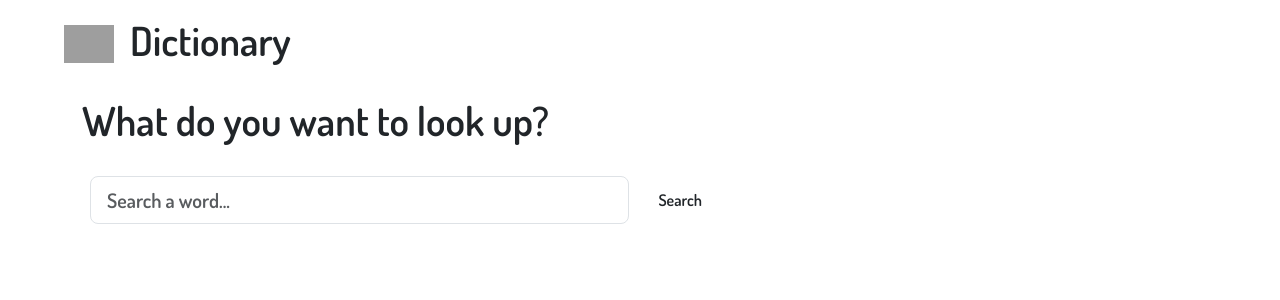
Repository: moehaymanmyint/react-dictionary-app
Page: /
The author's editor kept a copy of each file at every save. The page is drawn from the files as they stood at one save, then again after the next save.
The browser window is 1280 px wide. The pictures show the whole page.
Pictures or frames that could not be fetched are drawn as grey boxes. The project was rebuilt for these pictures with package versions that can differ from the ones it lists, and the page was loaded fresh each time. Also part of the build but not shown: src/Synonyms.js, src/Meaning.js, src/Phonetics.js, src/Results.js.

Above is the page before, as saved 2024-09-06 11:54:16.

### public/index.html
<!DOCTYPE html>
<html lang="en">
  <head>
    <meta charset="utf-8" />
    <link rel="icon" href="%PUBLIC_URL%/favicon.ico" />
    <meta name="viewport" content="width=device-width, initial-scale=1" />
    <meta name="theme-color" content="#000000" />
    <meta
      name="description"
      content="Web site created using create-react-app"
    />
    <link rel="apple-touch-icon" href="%PUBLIC_URL%/logo192.png" />
    <!--
      manifest.json provides metadata used when your web app is installed on a
      user's mobile device or desktop. See https://developers.google.com/web/fundamentals/web-app-manifest/
    -->
    <link rel="manifest" href="%PUBLIC_URL%/manifest.json" />
    <!--
      Notice the use of %PUBLIC_URL% in the tags above.
      It will be replaced with the URL of the `public` folder during the build.
      Only files inside the `public` folder can be referenced from the HTML.

      Unlike "/favicon.ico" or "favicon.ico", "%PUBLIC_URL%/favicon.ico" will
      work correctly both with client-side routing and a non-root public URL.
      Learn how to configure a non-root public URL by running `npm run build`.
    -->
    <title>React App</title>
  </head>
  <body>
    <noscript>You need to enable JavaScript to run this app.</noscript>
    <div id="root"></div>
    <!--
      This HTML file is a template.
      If you open it directly in the browser, you will see an empty page.

      You can add webfonts, meta tags, or analytics to this file.
      The build step will place the bundled scripts into the <body> tag.

      To begin the development, run `npm start` or `yarn start`.
      To create a production bundle, use `npm run build` or `yarn build`.
    -->
  </body>
</html>

### src/App.js
import './App.css';
import 'bootstrap/dist/css/bootstrap.css';

import Search from "./Search"

function App() {
  return (
    <div className="App">
      {/* Logo */}
      <div className='logo m-3 mx-5 d-flex align-items-center'>
        <img src="https://th.bing.com/th/id/R.1ebe3e38406a8906121c9769e62adc3e?rik=d1hISy0qiMJ7Hg&pid=ImgRaw&r=0" alt="Logo" className='mx-3'/>
        <h2>Dictionary</h2>
      </div>

      <div className='container'>
        <Search />
      </div>
    </div>
  );
}

export default App;

### src/App.css
@import url('https://fonts.googleapis.com/css2?family=Dosis:wght@600&display=swap');

.App img{
    width: 50px;
}

.App{
    font-family: "Dosis", sans-serif;
}

### src/Search.js
import React, {useState} from "react";
import 'bootstrap/dist/css/bootstrap.css';
import axios from "axios";
import Results from "./Results"
import "./Dictionary.css";

export default function Search(){
    let [word, setWord] = useState('');
    let [results, setResult] = useState(null);

    function handleResponse(response){
        console.log(response.data[0]);
        setResult(response.data[0])
    }

    function handleSubmit(event){
        event.preventDefault();

        //API
        let apiUrl = `https://api.dictionaryapi.dev/api/v2/entries/en_US/${word}`;
        axios.get(apiUrl).then(handleResponse);
    }

    function updateWord(event){
        setWord(event.target.value);
    }

    return (
        <div className="Search">
            <h1 className="my-4">What do you want to look up?</h1>
            <div className="row d-flex">
                <div className="col-7">
                    <form onSubmit={handleSubmit} className="d-flex">
                        <input type="search" className="form-control form-control-lg m-2" value={word} onChange={updateWord} placeholder="Search a word..."/>
                        <input type="submit" value="Search" className="btn btn m-2"/>
                    </form>
                    <section className="meaning">
                        <Results results={results}/>
                    </section>
                </div>
                <div className="col-5">

                </div>
            </div>
        </div>
    );
}

### src/Dictionary.css

.Results .box,
.Meaning{
    background-color: white;
    box-shadow: rgba(100, 100, 111, 0.2) 0px 7px 29px 0px;
    border-radius: 10px;
}

h2{
    font-size: 40px;
    text-transform: capitalize;
}

p{
    font-size: 18px;
}

Loaded but not shown: src/index.js (common file); src/index.css (common file); src/reportWebVitals.js (common file)

After the next save:
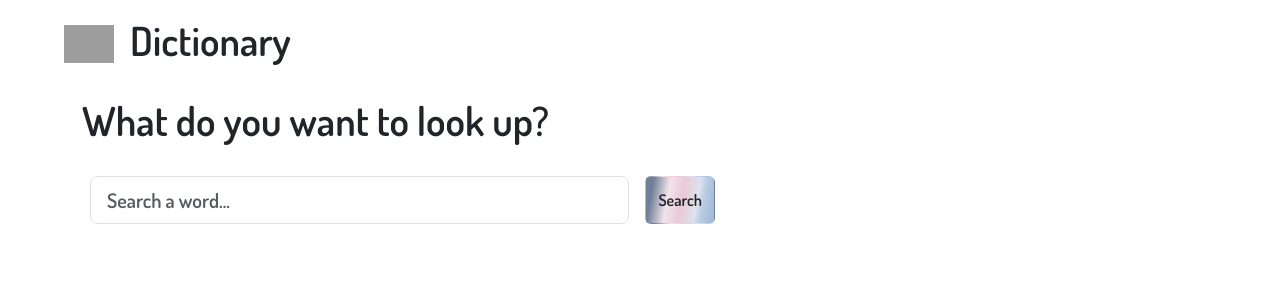
Saved 25 s later.
--- a/src/Dictionary.css
+++ b/src/Dictionary.css
@@ -14,3 +14,7 @@ h2{
 p{
     font-size: 18px;
 }
+
+.Search .btn{
+    background: linear-gradient(99.6deg, rgb(112, 128, 152) 10.6%, rgb(242, 227, 234) 32.9%, rgb(234, 202, 213) 52.7%, rgb(220, 227, 239) 72.8%, rgb(185, 205, 227) 81.1%, rgb(154, 180, 212) 102.4%);
+}
